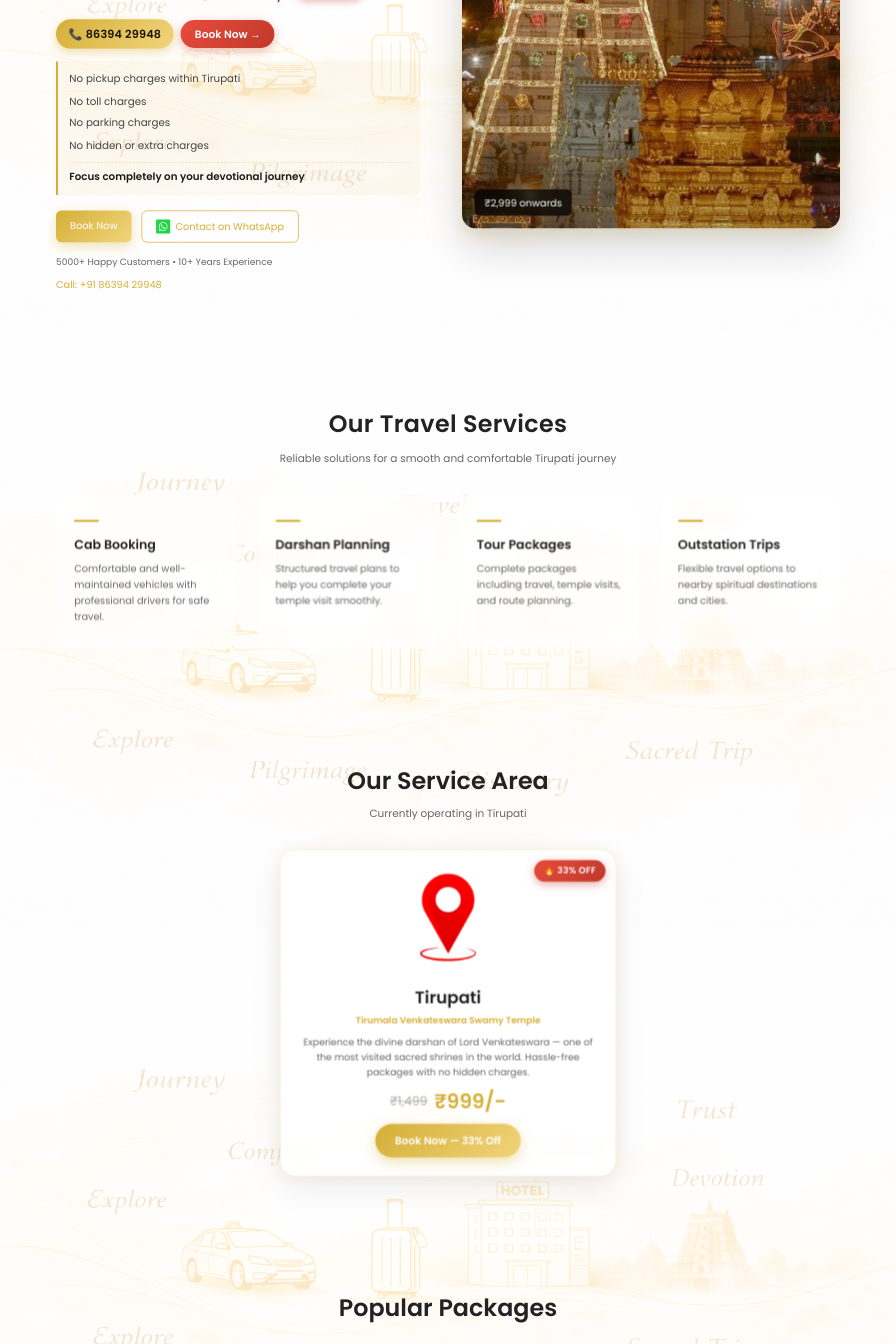
Repository: heytirupati/Bookingweb
Page: index.html
An editor plug-in stored every save of this project. The page is shown before and after the next save, followed by the edit.
The browser window is 1280 px wide. The pictures show the part of the page from y = 382 to 2302 px (the page is 5365 px tall), at 70% of full size.
Backgrounds fixed to the window are drawn as part of the page.

Above is the page before, as saved 2026-04-29 09:07:56.

After the next save:
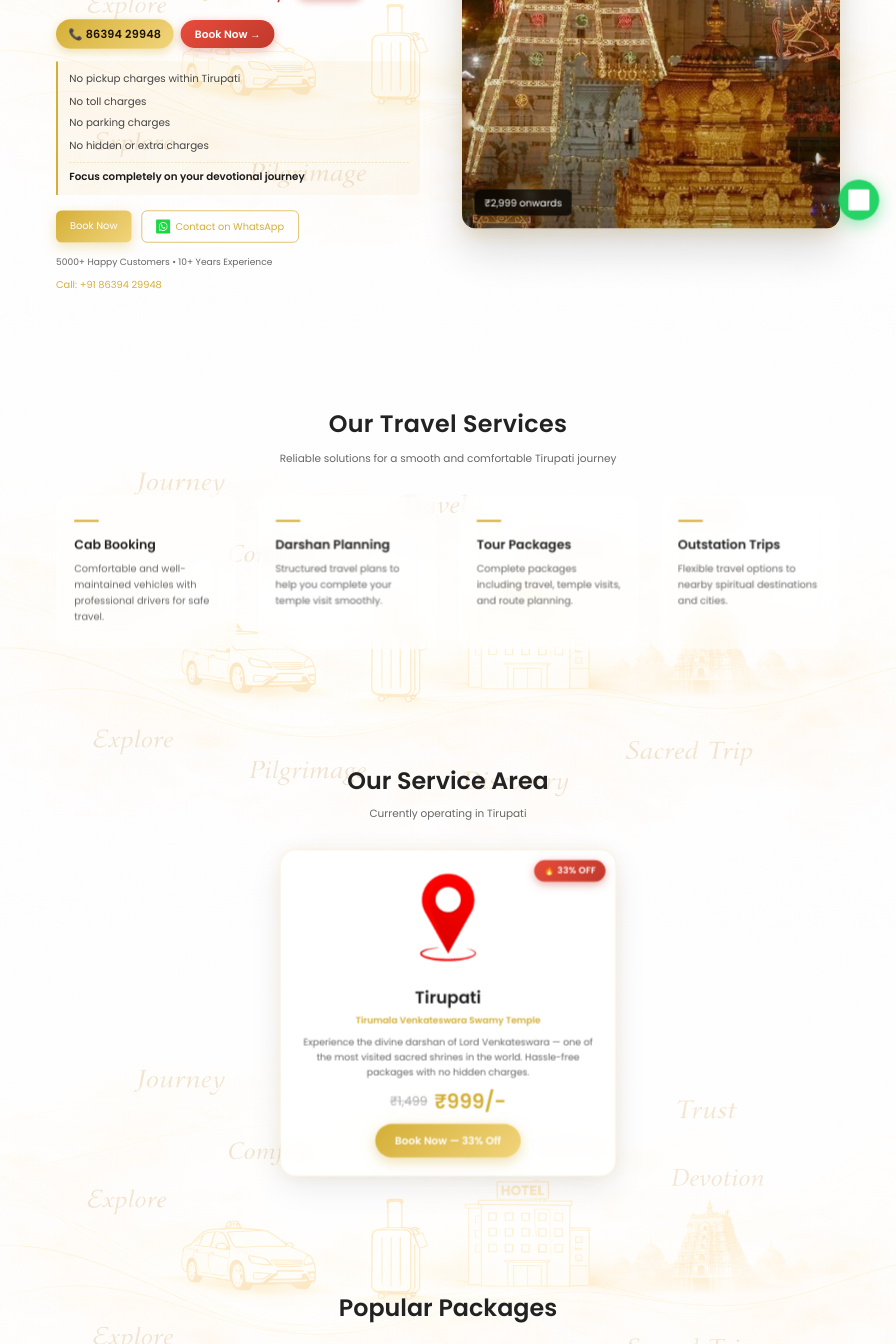
Saved 33 s later.
--- a/index.html
+++ b/index.html
@@ -398,6 +398,10 @@
     </div>
 </footer>
 
+<a href="https://wa.me/918639429948" class="whatsapp-float" target="_blank" aria-label="Chat on WhatsApp">
+    <img src="images/whatsapplogo.png" alt="WhatsApp">
+</a>
+
 <script src="js/packages-data.js"></script>
 <script src="js/script.js"></script>
 
